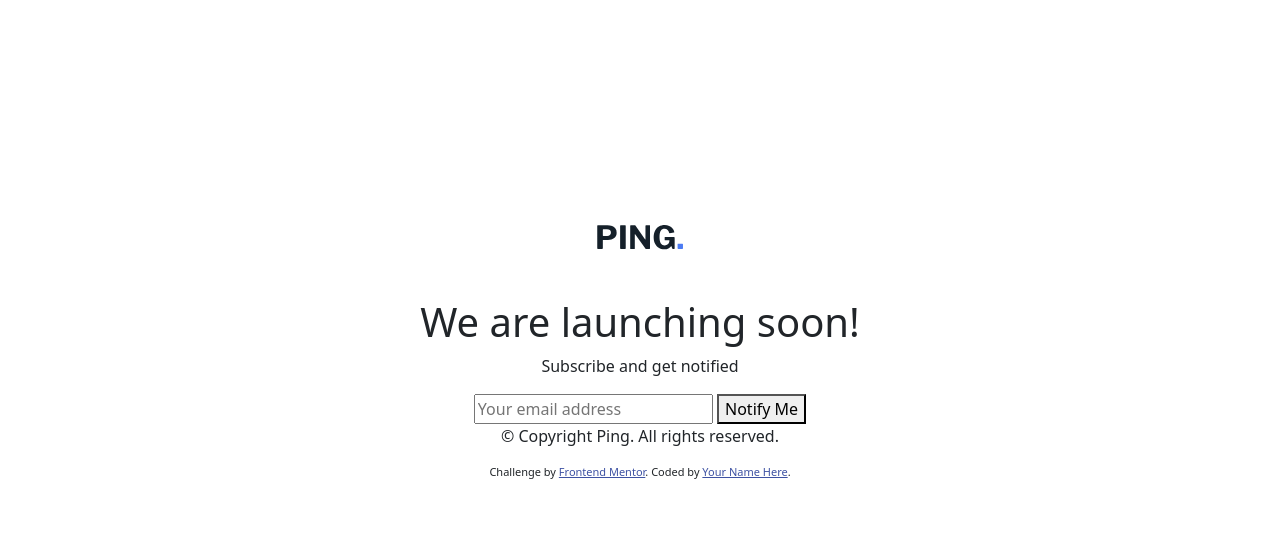
Repository: blordeus/ping-coming-soon-page-master
Page: index.html
The author's editor kept a copy of each file at every save. The page is drawn from the files as they stood at one save, then again after a run of saves.
The browser window is 1280 px wide. The pictures show the whole page.
The style sheet was rebuilt from its Sass, Less or Tailwind sources for each picture, by a compiler version that may differ from the author's.

Above is the page before, as saved 2023-08-31 11:11:26.

### index.html
<!DOCTYPE html>
<html lang="en">
<head>
  <meta charset="UTF-8">
  <meta name="viewport" content="width=device-width, initial-scale=1.0"> <!-- displays site properly based on user's device -->

  <link rel="icon" type="image/png" sizes="32x32" href="./images/favicon-32x32.png">
  <link rel="stylesheet" href="style.css">
  <link href="https://cdn.jsdelivr.net/npm/bootstrap@5.3.1/dist/css/bootstrap.min.css" rel="stylesheet" integrity="sha384-4bw+/aepP/YC94hEpVNVgiZdgIC5+VKNBQNGCHeKRQN+PtmoHDEXuppvnDJzQIu9" crossorigin="anonymous">
  <title>Frontend Mentor | Ping coming soon page</title>


</head>
<body>
  <main class="text-center">
    <img class="mb-5" src="./images/logo.svg" alt="logo">

    <h1>We are launching soon!</h1>

    <p>Subscribe and get notified</p>

    <input type="email" placeholder="Your email address">

    <button>Notify Me</button>

    <p>&copy; Copyright Ping. All rights reserved.</p>

    <footer>
      <p class="attribution">
        Challenge by <a rel="noopener" href="https://www.frontendmentor.io?ref=challenge" target="_blank">Frontend Mentor</a>.
        Coded by <a href="#">Your Name Here</a>.
      </p>
    </footer>
  </main>
  <script src="https://cdn.jsdelivr.net/npm/bootstrap@5.3.1/dist/js/bootstrap.bundle.min.js" integrity="sha384-HwwvtgBNo3bZJJLYd8oVXjrBZt8cqVSpeBNS5n7C8IVInixGAoxmnlMuBnhbgrkm" crossorigin="anonymous"></script>
</body>
</html>

### style.scss
  @import url('https://fonts.googleapis.com/css2?family=Libre+Franklin:wght@300;600;700&display=swap');

:root {
    --very-dark-blue: hsl(209, 33%, 12%);
    --dark-gray: hsl(0, 0%, 59%);
    --blue: hsl(223, 87%, 63%);
    --light-red: hsl(354, 100%, 66%);
    --pale-blue: hsl(223, 100%, 88%);
}

body {
    font-size: 20px;
    font-family: 'Libre Franklin', sans-serif;
    box-sizing: border-box;
    margin: 0;
    padding: 0;
    min-height: 100vh;
    display: flex;
    flex-direction: column;
    justify-content: center;
    align-items: center;
}

  .attribution { font-size: 11px; text-align: center; }
  .attribution a { color: hsl(228, 45%, 44%); }

After the next 2 saves:
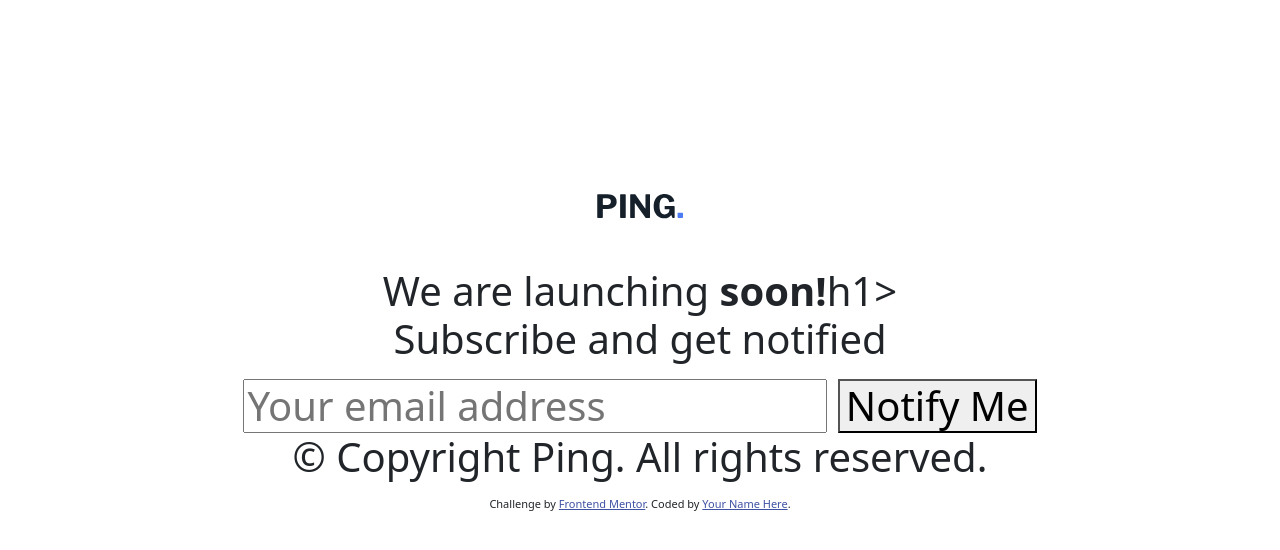
The 2 saves are shown as one change because they came seconds apart.
The last was saved 24 s later.
--- a/index.html
+++ b/index.html
@@ -15,7 +15,7 @@
   <main class="text-center">
     <img class="mb-5" src="./images/logo.svg" alt="logo">
 
-    <h1>We are launching soon!</h1>
+    <h1>We are launching <strong>soon!</strong>h1>
 
     <p>Subscribe and get notified</p>
 

After the save that followed:
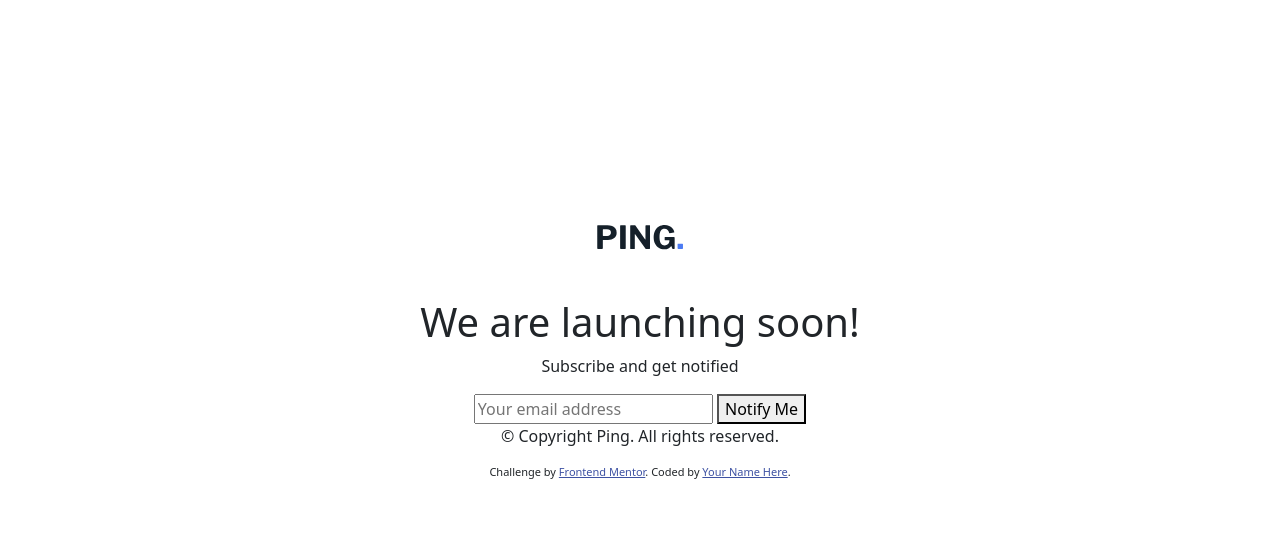
Saved 4 s later.
--- a/index.html
+++ b/index.html
@@ -15,7 +15,7 @@
   <main class="text-center">
     <img class="mb-5" src="./images/logo.svg" alt="logo">
 
-    <h1>We are launching <strong>soon!</strong>h1>
+    <h1>We are launching <stron>soon!</stron></h1>
 
     <p>Subscribe and get notified</p>
 
